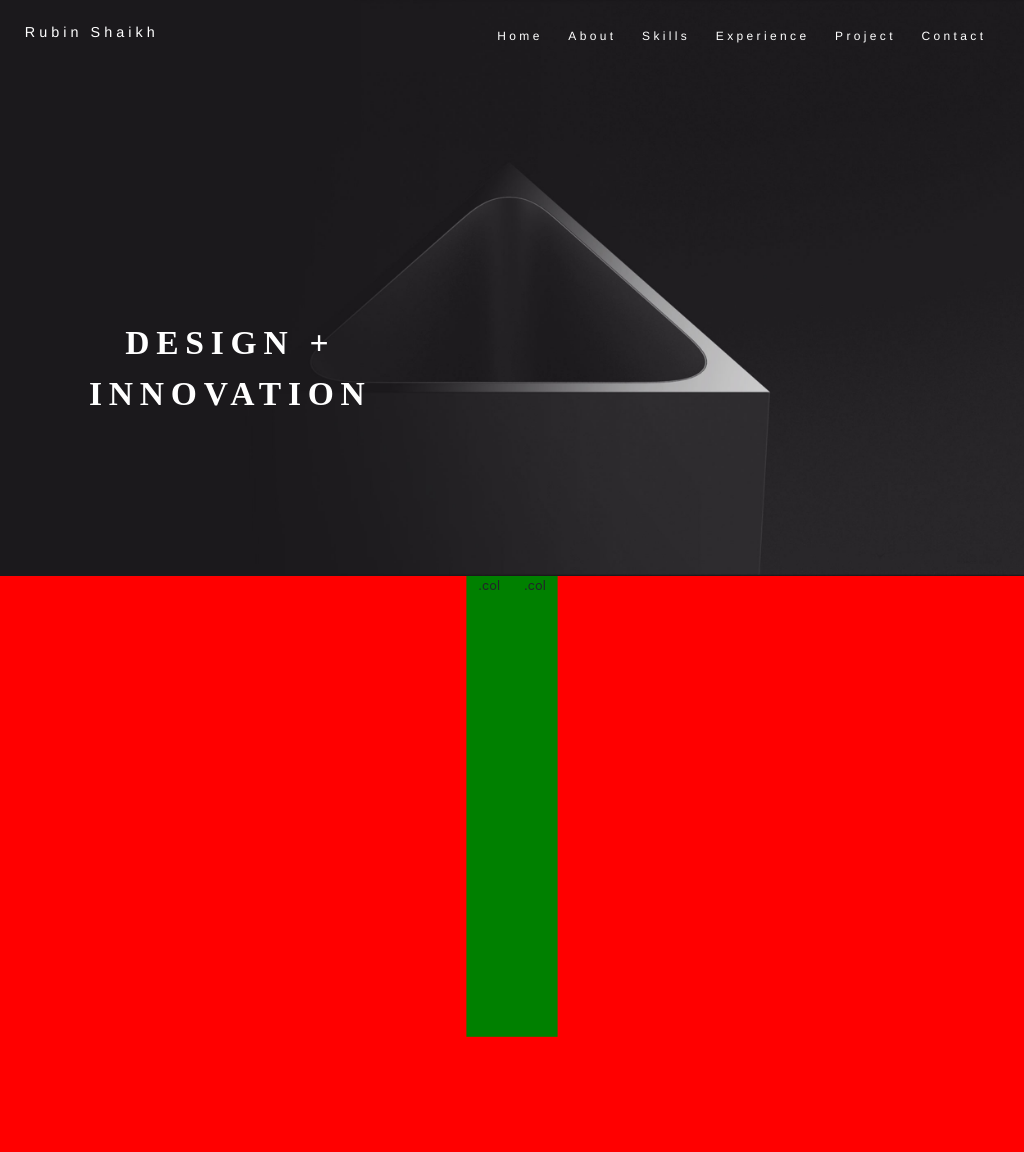
Repository: Rubin78/My-Portfolio
Page: /second
The author's editor kept a copy of each file at every save. The page is drawn from the files as they stood at one save, then again after the next save.
The browser window is 1280 px wide. The pictures show the whole page, at 80% of full size.
The project was rebuilt for these pictures with package versions that can differ from the ones it lists, and the page was loaded fresh each time. Also part of the build but not shown: src/components/First/First.module.css, src/components/First/First.js, src/components/Third.js.

Above is the page before, as saved 2020-07-21 18:12:18.

### src/App.js
import React from 'react';

// import './App.css';

import { BrowserRouter as Router, Switch, Route } from "react-router-dom";
import First from './components/First/First';
import Second from './components/Second';
import Third from './components/Third';
function App() {
  return (
    <Router>
        <div className="App">

          <Switch>
            <Route exact path="/" component={First} />
            <Route exact path="/second" component={Second} />
            <Route exact path="/third" component={Third} />



            <Route render={() => <h2>404 Page Not Found</h2>} />
          </Switch>
        </div>
      </Router>
  );
}

export default App;

### src/components/Second.js
// import React, { Component } from 'react';
// import { Link } from "react-router-dom";
// class Second extends Component {
//     render() {
//         console.log(this.props);
//         return (




//             <div>
//                 <Link to="/third" >Go to the third page</Link>

//         <div>{this.props.location.state}</div>
//             </div>
//         );
//     }
// }

// export default Second;








import React, { useState } from 'react';
import {
  Collapse,
  Navbar,
  NavbarToggler,
  NavbarBrand,
  Nav,
  NavItem,
  NavLink,
  UncontrolledDropdown,
  DropdownToggle,
  DropdownMenu,
  DropdownItem,
  NavbarText
} from 'reactstrap';
import { Container, Row, Col} from 'reactstrap';
import styles  from '../components/Second.css'
import hero1 from '../assests/hero1.jpg';
import { Hidden } from '@material-ui/core';


const Example = (props) => {
  const [isOpen, setIsOpen] = useState(false);

  const toggle = () => setIsOpen(!isOpen);

  return (
<div>
    <Container fluid  className="containerBody2" style={{  backgroundImage:`url(${hero1})`,backgroundColor:'red'}} >
    <div style={{backgroundColor:'transparent',height:90,display:'flex'}}>


      <Navbar color="red" light expand="md"  style={{display:'flex',flex:1,position:'sticky'}} >
        <NavbarBrand href="/"><h4  className="textheader1" >Rubin Shaikh</h4></NavbarBrand>
        <NavbarToggler onClick={toggle} style={{color:'white',backgroundColor:'#F5F5F5'}} />
        <Collapse isOpen={isOpen} navbar >
          <Nav className="mr-auto" navbar>



         </Nav>

         <NavLink  href="/components/"  className="textheader" >Home</NavLink>
         <NavLink href="/components/" className="textheader">About</NavLink>
          <NavLink href="/components/" className="textheader">Skills</NavLink>
          <NavLink href="/components/" className="textheader">Experience</NavLink>
          <NavLink href="/components/" className="textheader">Project</NavLink>
          <NavLink href="/components/" className="textheader">Contact</NavLink>
        </Collapse>
      </Navbar>
    </div>


<Col sm="5"  style={{ display:'flex',flex:1,
alignItems:'space-between',justifyContent:'center',paddingLeft:40,}}>
<div style={{display:'flex',height:450,flexDirection:'column',justifyContent:'flex-end',alignItems:'flex-start',marginBottom:20,}} >

    <div style={{color:'white',fontSize:42,textAlign:'center',fontFamily:"Patua One",fontWeight:"bolder",letterSpacing:'.20em'}} >
    {/* <div style={{color:'#ffffff',fontSize:15,textAlign:"left",letterSpacing:'.1em',paddingLeft:60}}>HELLO,</div> */}

      DESIGN +
   <p style={{paddingBottom:-15}}>INNOVATION</p></div>
    {/* <button onClick={this.submitHandler} >go to second page</button> */}
    </div>
</Col>
    </Container>


<Container fluid  className="container2">
<Row >
        <Col className="container2column" md={6}>.col</Col>
        <Col className="container2column" md={6}>.col</Col>

      </Row>
</Container>

    </div>
  );
}

export default Example;

### src/components/Second.css

.containerBody2{



    background-position: center;
    background-size: cover;
    background-repeat: 'no-repeat';
    height: 100vh;
    width: calc(100vw -12px);
    overflow: hidden;
    position: relative;
background-color: black;

}


.container2{

    height: 100vh;
    width: calc(100vw -12px);
    overflow: hidden;
    background-color: red;

position: relative;
flex-direction: column;
align-items: center;
display: flex;
}


.textheader{


  color: white;
  font-size: 15px;
font-family: "Gotham-Medium","Helvetica Neue","sans-serif";
letter-spacing: .28em;
}



.textheader1{


    color: white;
    font-size: 18px;
  font-family: "Gotham-Medium","Helvetica Neue","sans-serif";
  letter-spacing: .28em;
  }




.textcolor{
font-size: 45px;
margin-bottom: 20px;
letter-spacing: -1px;
font-family: "Gotham-Bold","Helvetica Neue",sans-serif;


background-color: red;


}


.container2row{

display: flex;
flex: 1;

justify-content: center;
align-items: center;
height: 100vh;
background-color: blue;

}


.container2column{

    height: 80vh;
    background-color: green;
}

Loaded but not shown: public/index.html (common file); src/index.js (common file); src/index.css (common file); src/serviceWorker.js (common file)

After the next save:
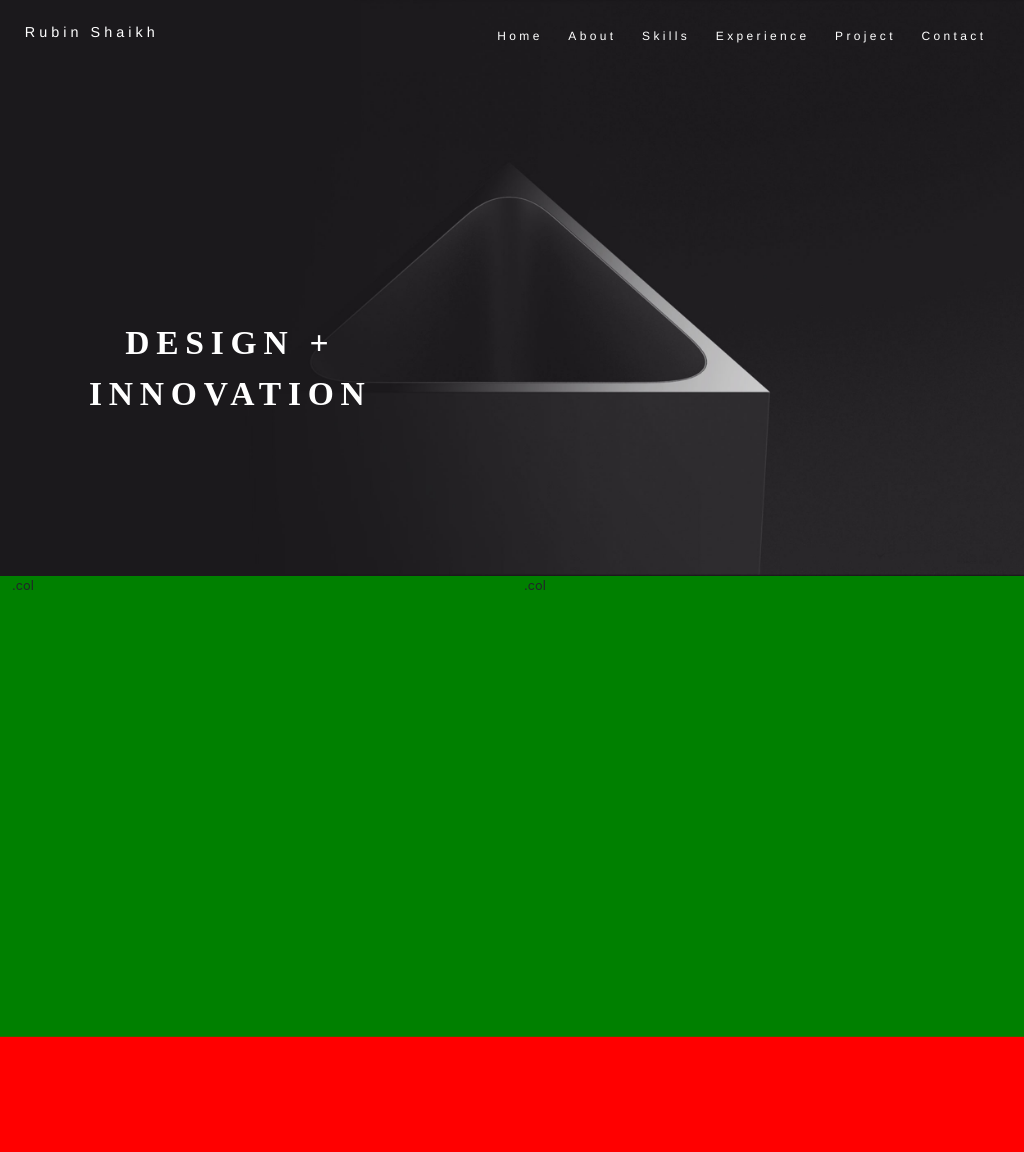
Saved 32 s later.
--- a/src/components/Second.css
+++ b/src/components/Second.css
@@ -81,5 +81,6 @@
 .container2column{
 
     height: 80vh;
+    width: 50vw;
     background-color: green;
 }
